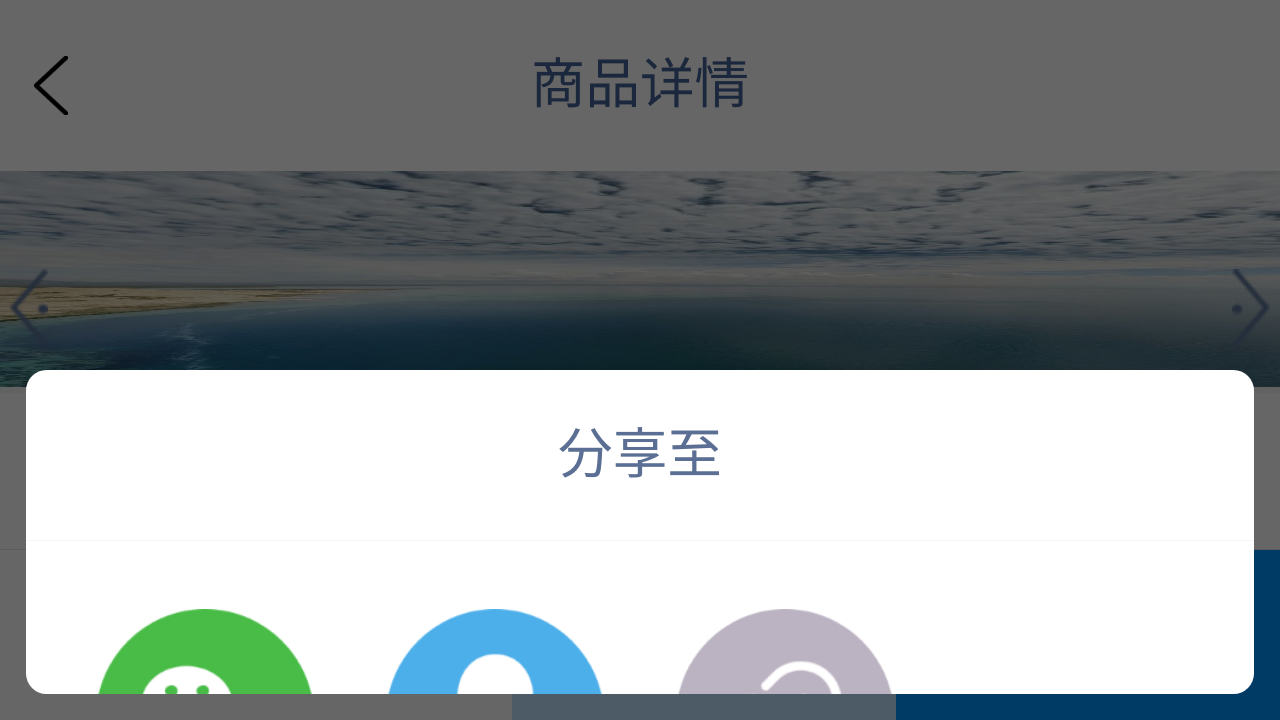
Repository: 421538074/sell
Page: consumer/goods-detail.html
These files come from the project's save history. The page is drawn as it stood at one moment and after the next save; the edit follows.
The browser window is 1280 px wide. The pictures show the whole page.
An inner scrolling area shows only its first screen.

Above is the page before, as saved 2019-05-31 14:27:03.

After the next save:
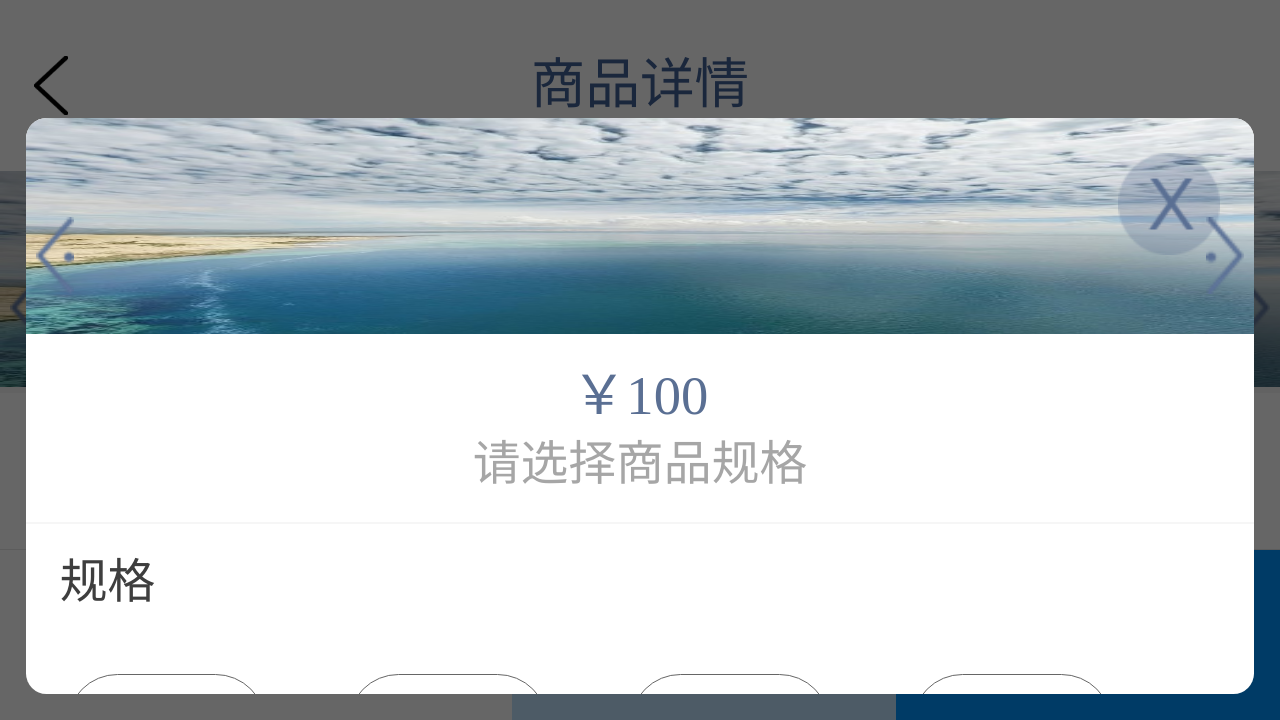
Saved 5 s later.
--- a/consumer/js/goods-detail.js
+++ b/consumer/js/goods-detail.js
@@ -89,7 +89,7 @@ new Vue({
     mounted() {
         this.$nextTick(() => {
             this.initSwiper('.goods-swiper-main','.swiper-button-prev','.swiper-button-next');
-            this.shareGoods();
+            this.buyNow();
             this.initSwiper('.goods-swiper-sub','.swiper-button-prev-2','.swiper-button-next-2');
             this.initPhotoPreview();
         });
